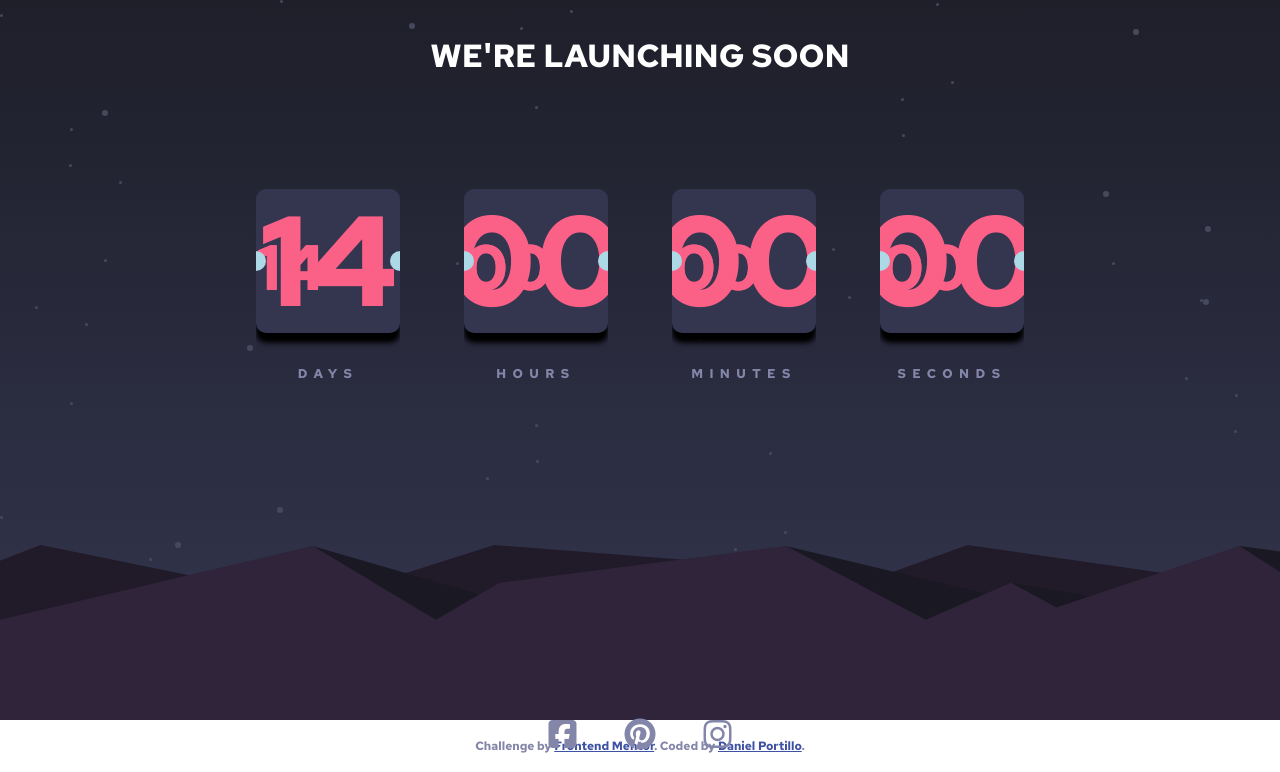
Repository: dportillo23/launch-countdown-timer-main
Page: index.html
These files come from the project's save history. The page is drawn as it stood at one moment and after the next save; the edit follows.
The browser window is 1280 px wide. The pictures show the whole page.
Some web libraries are served in a nearby version. The style sheet was rebuilt from its Sass, Less or Tailwind sources for each picture, by a compiler version that may differ from the author's.

Above is the page before, as saved 2021-07-02 11:21:58.

After the next save:
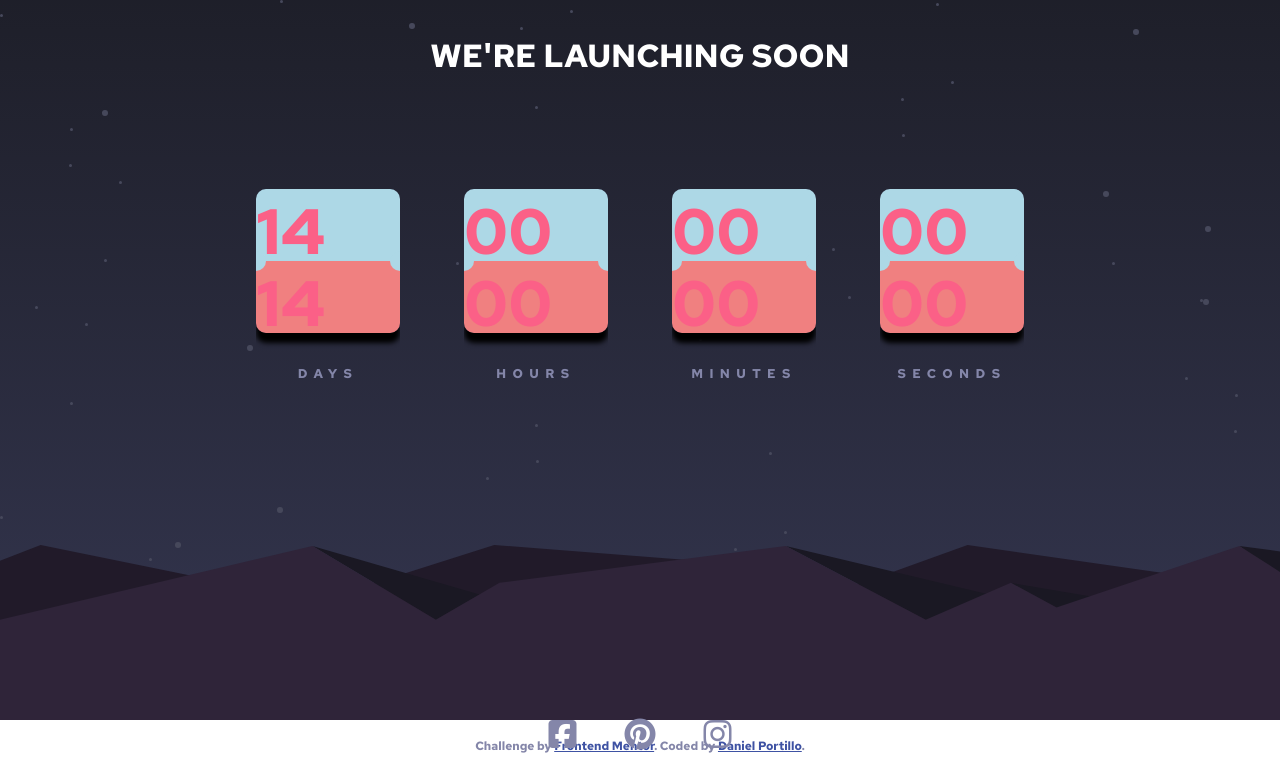
Saved 84 s later.
--- a/style.scss
+++ b/style.scss
@@ -84,6 +84,16 @@ body {
         position: absolute;
     }
 
+    .top--card {
+        background-color: lightblue;
+        top: 0;
+    }
+
+    .bottom--card {
+        background-color: lightcoral;
+        bottom: 0;
+    }
+
     &::before {
         content: "";
         width:  20px;
